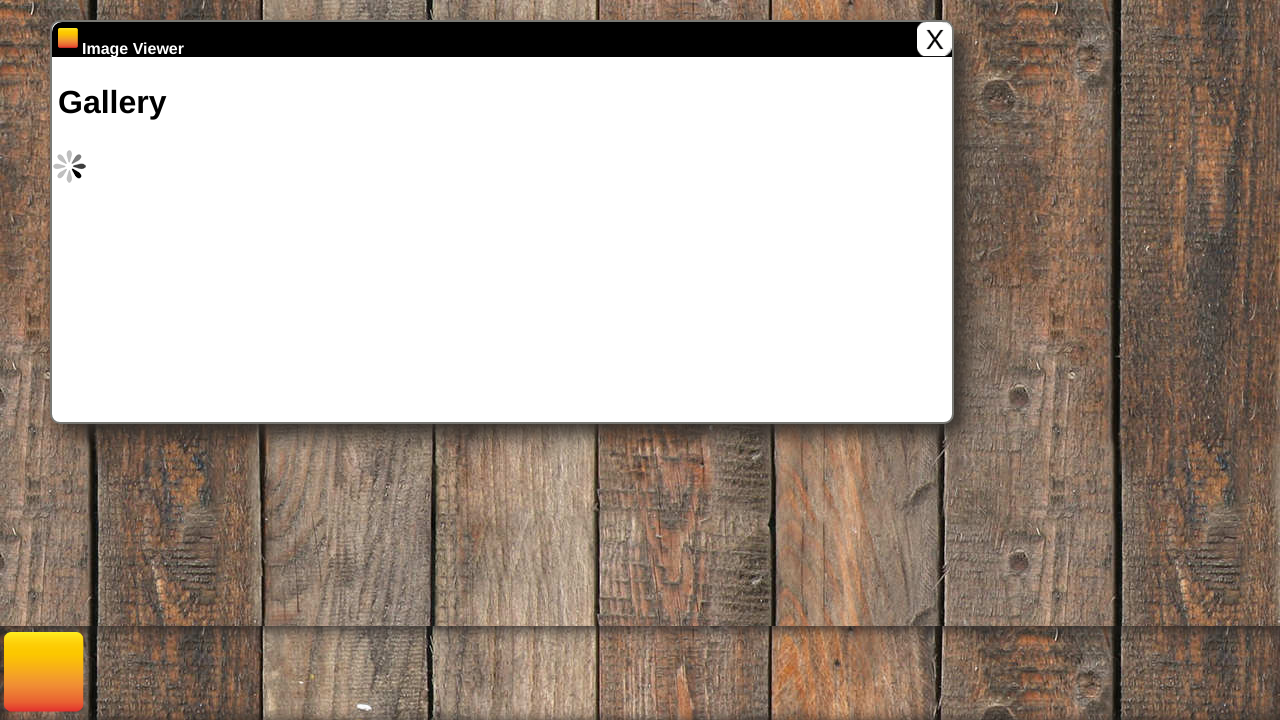
Repository: LindaOtt/1dv403-lo222hd-laborationer
Page: 5-pwd/index.html
The author's editor kept a record of every edit. The page is drawn from the files as they stood at one moment, then again after the next edit.
The browser window is 1280 px wide. The pictures show the whole page.
After loading, the first visible `img` was clicked once.
The page's requests for data from a server got no answer.

Above is the page before.

After the next edit:
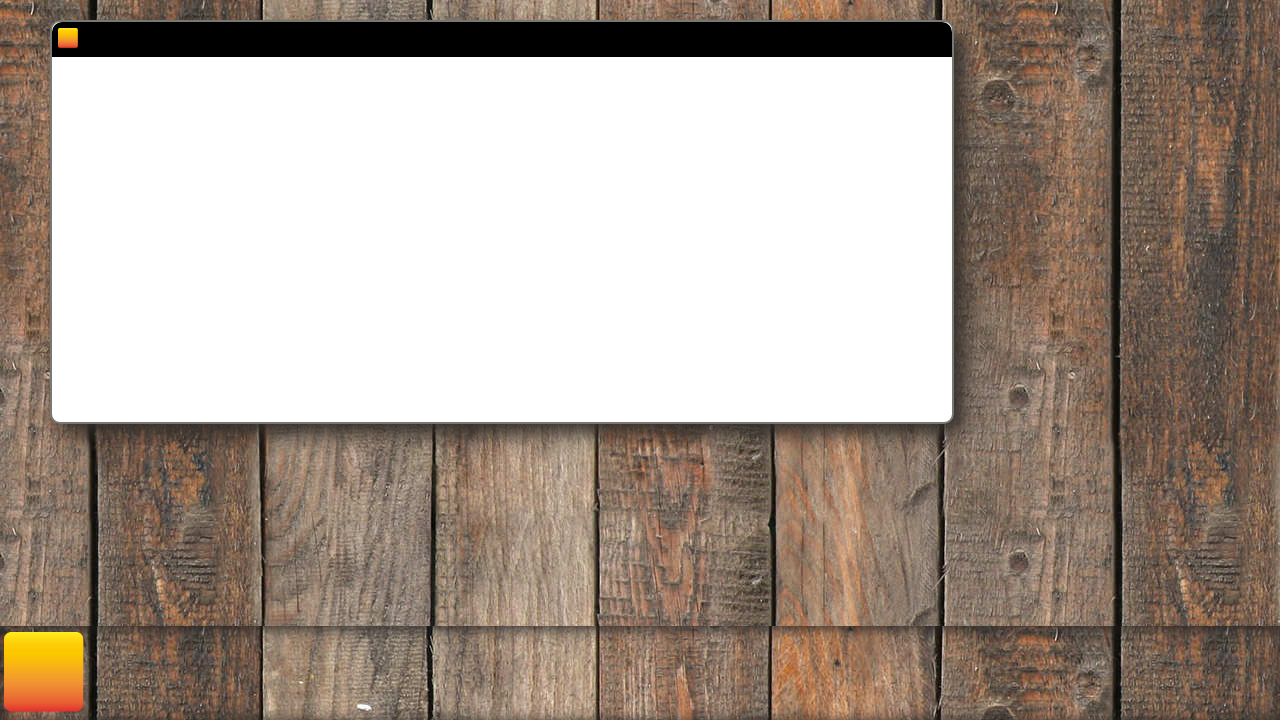
Console error: ReferenceError: galleryTitle is not defined
The edit:
--- a/5-pwd/script/project.js
+++ b/5-pwd/script/project.js
@@ -27,7 +27,9 @@
             galleryTitleDiv.id = "gallerytitle";
             galleryWindow.appendChild(galleryTitleDiv);
 
-            var galleryTitle = document.createTextNode("Image Viewer");
+            var galleryTitleH1 = document.createElement("H1");
+            var galleryTitleText = document.createTextNode("Image Viewer");
+            galleryTitleH1.appendChild(galleryTitleText);
             galleryIcon.setAttribute("src","pics/icon.png");
             galleryIcon.id = "galleryicon";
             desktopDiv.appendChild(galleryWindow);

After the edit that followed:
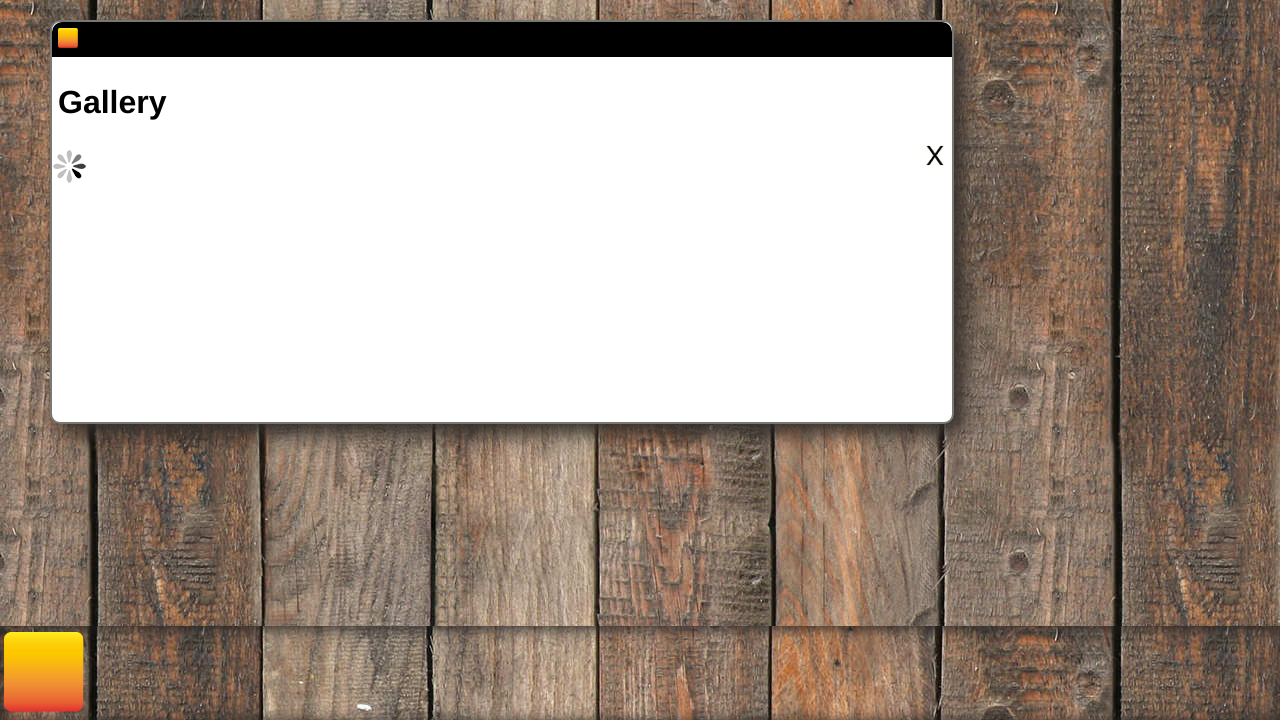
The error is gone.
The edit:
--- a/5-pwd/script/project.js
+++ b/5-pwd/script/project.js
@@ -41,7 +41,7 @@
             galleryCloseBtn.id = "galleryclose";
 
             galleryTitleDiv.appendChild(galleryIcon);
-            galleryTitleDiv.appendChild(galleryTitle);
+            galleryTitleDiv.appendChild(galleryTitleH1);
             galleryTitleDiv.appendChild(galleryCloseBtn);
 
             var galleryContentDiv = document.createElement("div");
